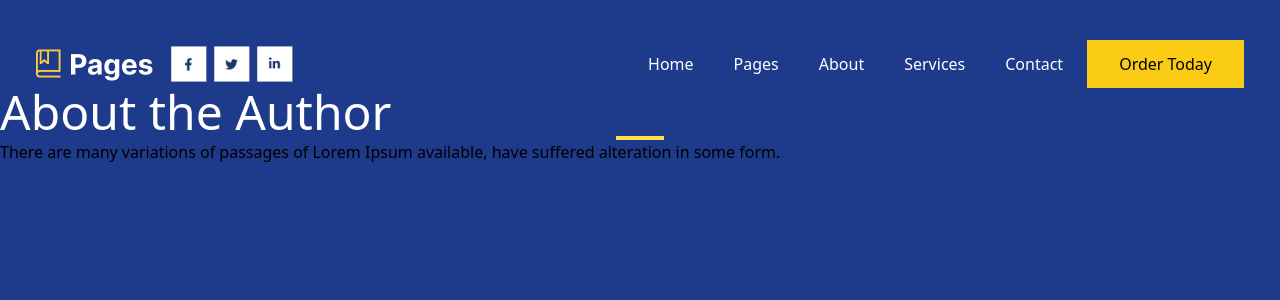
Repository: Godnorg/Class3
Page: index.html
The author's editor kept a copy of each file at every save. The page is drawn from the files as they stood at one save, then again after the next save.
The browser window is 1280 px wide. The pictures show the whole page.
Some web libraries are served in a nearby version.

Above is the page before, as saved 2023-02-18 00:52:07.

### index.html
<!DOCTYPE html>
<html lang="en">
<head>
    <meta charset="UTF-8">
    <meta http-equiv="X-UA-Compatible" content="IE=edge">
    <meta name="viewport" content="width=device-width, initial-scale=1.0">
    <title>Class3</title>
    <script src="https://cdn.tailwindcss.com"></script>
</head>
<body class="w-full bg-blue-900">
<div class="flex items-center justify-between w-full pt-10 mx-auto px-9 max-w-7xl">
    <div class="flex gap-4 ">
    <img src="./Logo.png">
    <img src="./soc-icons.png" class="h-9">
    </div>
    <div class="flex gap-6">
        <ul class="flex items-center gap-10 text-white">
            <li><a href="#">Home</a></li>
            <li><a href="#">Pages</a></li>
            <li><a href="#">About</a></li>
            <li><a href="#">Services</a></li>
            <li><a href="#">Contact</a></li>
        </ul>
        <button class="px-8 py-3 mx-auto bg-yellow-400 font-sans-serif">Order Today</button>
    </div>
    </div>
    <h1 class="text-5xl text-white">About the Author</h1>
        <div
            class="items-center w-12 h-1 mx-auto text-center bg-yellow-300">
        </div>
        <p>There are many variations of passages of Lorem Ipsum available, have suffered alteration in some form.</p>


</body>
</html>

After the next save:
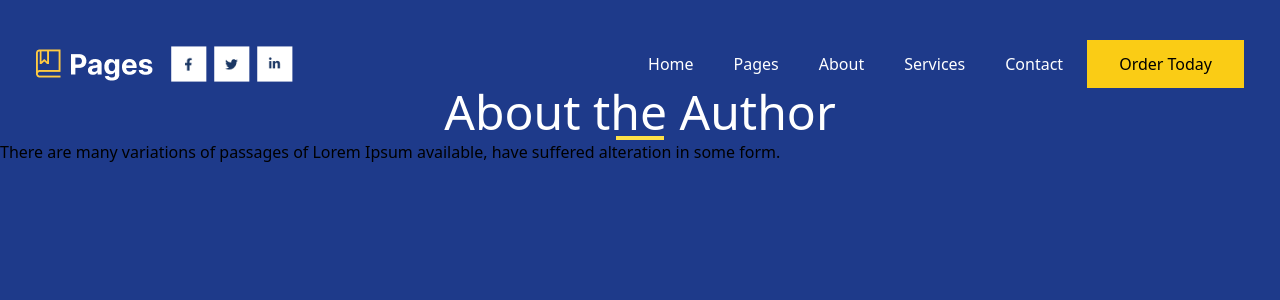
Saved 18 s later.
--- a/index.html
+++ b/index.html
@@ -24,7 +24,7 @@
         <button class="px-8 py-3 mx-auto bg-yellow-400 font-sans-serif">Order Today</button>
     </div>
     </div>
-    <h1 class="text-5xl text-white">About the Author</h1>
+    <h1 class="items-center text-5xl text-center text-white">About the Author</h1>
         <div
             class="items-center w-12 h-1 mx-auto text-center bg-yellow-300">
         </div>
